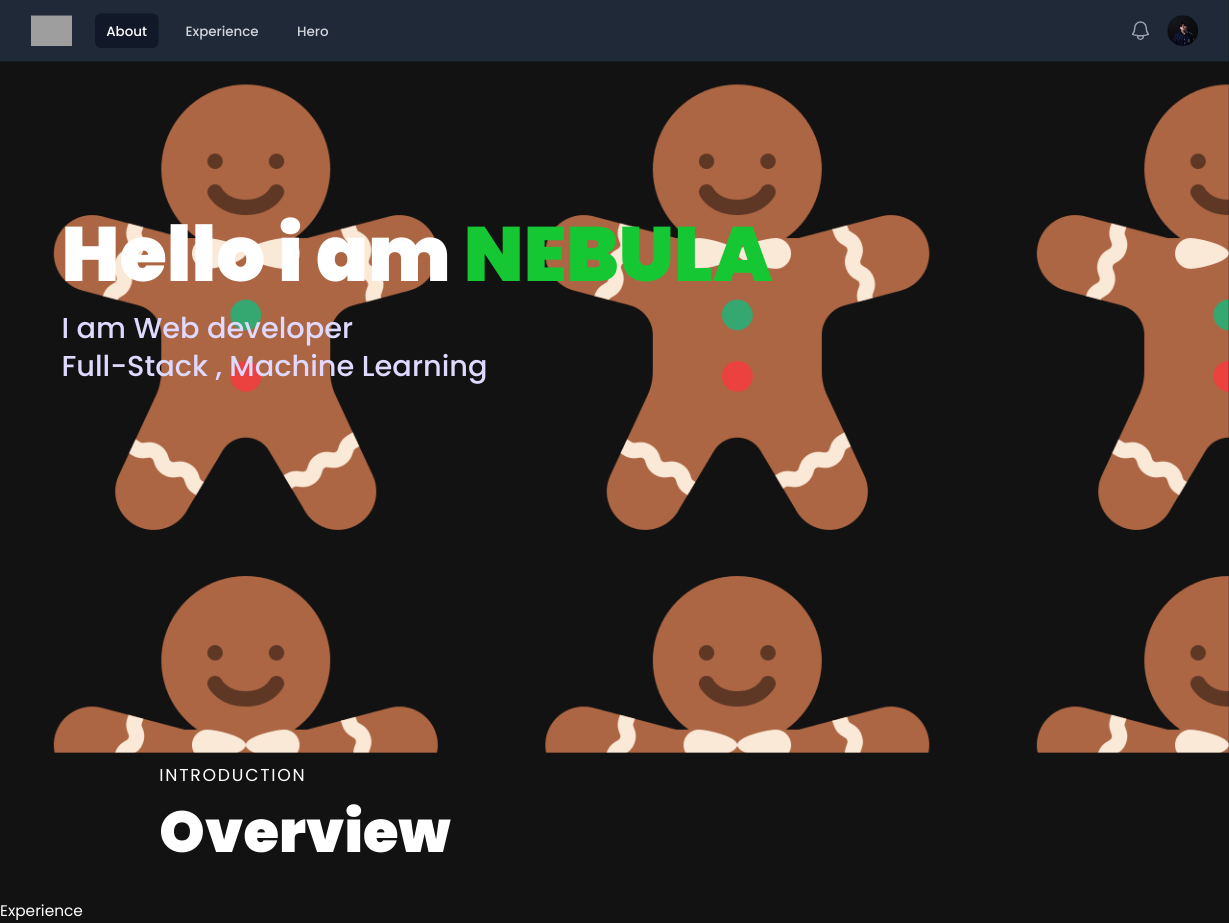
Repository: supakorn5039-boon/React-f
Page: /
The author's editor kept a copy of each file at every save. The page is drawn from the files as they stood at one save, then again after the next save.
The browser window is 1280 px wide. The pictures show the whole page, at 96% of full size.
Pictures or frames that could not be fetched are drawn as grey boxes. The project was rebuilt for these pictures with package versions that can differ from the ones it lists, and the page was loaded fresh each time. Also part of the build but not shown: vite.config.js.

Above is the page before, as saved 2024-01-09 21:44:56.

### src/App.jsx
import Hero from "./components/Hero";
import About from "./components/About";
import Experience from "./components/Experience";
import Navbar from "./components/Navbar";

export default function App() {
  return (
    <div>
      <Navbar />
      <Hero />
      <About />
      <Experience />
    </div>
  );
}

### src/index.css
@import url("https://fonts.googleapis.com/css2?family=Poppins:wght@100;200;300;400;500;600;700;800;900&display=swap");

@tailwind base;
@tailwind components;
@tailwind utilities;

* {
  margin: 0;
  padding: 0;
  box-sizing: border-box;
  font-family: "Poppins", sans-serif;
  scroll-behavior: smooth;
  color-scheme: dark;
}
.bg-boon {
  background-image: url("./assets/gingerbread-man.png");
}
.section {
  position: absolute;
  inset: 0;
  top: 120px;
  max-width: 7xl;
  margin: 0 auto;
  padding-left: 6rem;
  padding-right: 6rem;
  display: flex;
  flex-direction: row;
  align-items: flex-start;
  gap: 1.25rem; /* This corresponds to 5 units in "rem" */
}
.heroHeadText {
  font-weight: 900;
  color: white;
  font-size: 80px;
  line-height: 98px;
  margin-top: 2rem;
}

@media (max-width: 1023px) {
  .heroHeadText {
    font-size: 60px;
  }
}

@media (max-width: 767px) {
  .heroHeadText {
    font-size: 50px;
  }
}

@media (max-width: 575px) {
  .heroHeadText {
    font-size: 40px;
  }
}

.heroSubText {
  font-weight: 500;
  color: #dfd9ff;
  font-size: 30px;
  line-height: 40px;
}

@media (max-width: 1023px) {
  .heroSubText {
    font-size: 26px;
  }
}

@media (max-width: 767px) {
  .heroSubText {
    font-size: 20px;
  }
}

@media (max-width: 575px) {
  .heroSubText {
    font-size: 16px;
  }
}

.sectionHeadText {
  color: white;
  font-weight: 900;
  font-size: 60px;
}

@media (max-width: 767px) {
  .sectionHeadText {
    font-size: 50px;
  }
}

@media (max-width: 575px) {
  .sectionHeadText {
    font-size: 40px;
  }
}

.sectionSubText {
  font-size: 18px;
  text-transform: uppercase;
  letter-spacing: 0.1em;
  color: var(--text-secondary);
}

@media (max-width: 767px) {
  .sectionSubText {
    font-size: 18px;
  }
}

.about-head {
  padding: 10px 6px; /* Default padding values */
  max-width: calc(100% - 20rem); /* Adjust the value according to your needs */
  margin: 0 auto;
  position: relative;
  z-index: 0;
}

@media (min-width: 640px) {
  .myElement {
    padding: 16px 6px; /* Updated padding for sm screen size */
  }
}

.about-text {
  margin-top: 1rem; /* Equivalent to mt-4 */
  color: white; /* Assuming --text-secondary is defined */
  font-size: 17px;
  max-width: 48rem; /* Equivalent to max-w-3xl */
  line-height: 1.875rem; /* Equivalent to leading-[30px] */
}

### src/components/Hero.jsx
export default function Hero() {
  return (
    <section className="relative w-full h-screen mx-auto bg-boon">
      <div className="absolute inset-0 top-[120px] mx-w-7xl mx-auto sm:px-16 px-6 flex flex-auto">
        <div>
          <h1 className="heroHeadText">
            Hello i am <span className="text-[#16c734]">NEBULA</span>
          </h1>
          <p className="heroSubText mt-2 text-white-100">
            I am Web developer <br />
            Full-Stack , Machine Learning
          </p>
        </div>
      </div>
    </section>
  );
}

### src/components/About.jsx


const About = () => {
  return (
    <div className="about-head">
      <div className="sectionSubText">Introduction</div>
      <h2 className="sectionHeadText">Overview</h2>
      <div className="about-text"></div>

    </div>
  );
};

export default About;

### src/components/Navbar.jsx
import { Fragment } from "react";
import { Disclosure, Menu, Transition } from "@headlessui/react";
import { Bars3Icon, BellIcon, XMarkIcon } from "@heroicons/react/24/outline";
import boon from "../assets/Photo.jpg";
const navigation = [
  { name: "About", href: "#about", current: true },
  { name: "Experience", href: "#experience", current: false },
  { name: "Hero", href: "#hero", current: false },
];

function classNames(...classes) {
  return classes.filter(Boolean).join(" ");
}

export default function Navbar() {
  return (
    <Disclosure as="nav" className="bg-gray-800">
      {({ open }) => (
        <>
          <div className="mx-auto max-w-7xl px-2 sm:px-6 lg:px-8">
            <div className="relative flex h-16 items-center justify-between">
              <div className="absolute inset-y-0 left-0 flex items-center sm:hidden">
                {/* Mobile menu button*/}
                <Disclosure.Button className="relative inline-flex items-center justify-center rounded-md p-2 text-gray-400 hover:bg-gray-700 hover:text-white focus:outline-none focus:ring-2 focus:ring-inset focus:ring-white">
                  <span className="absolute -inset-0.5" />
                  <span className="sr-only">Open main menu</span>
                  {open ? (
                    <XMarkIcon className="block h-6 w-6" aria-hidden="true" />
                  ) : (
                    <Bars3Icon className="block h-6 w-6" aria-hidden="true" />
                  )}
                </Disclosure.Button>
              </div>
              <div className="flex flex-1 items-center justify-center sm:items-stretch sm:justify-start">
                <div className="flex flex-shrink-0 items-center">
                  <img
                    className="h-8 w-auto"
                    src="https://tailwindui.com/img/logos/mark.svg?color=indigo&shade=500"
                    alt="Your Company"
                  />
                </div>
                <div className="hidden sm:ml-6 sm:block">
                  <div className="flex space-x-4">
                    {navigation.map((item) => (
                      <a
                        key={item.name}
                        href={item.href}
                        className={classNames(
                          item.current
                            ? "bg-gray-900 text-white"
                            : "text-gray-300 hover:bg-gray-700 hover:text-white",
                          "rounded-md px-3 py-2 text-sm font-medium"
                        )}
                        aria-current={item.current ? "page" : undefined}
                      >
                        {item.name}
                      </a>
                    ))}
                  </div>
                </div>
              </div>
              <div className="absolute inset-y-0 right-0 flex items-center pr-2 sm:static sm:inset-auto sm:ml-6 sm:pr-0">
                <button
                  type="button"
                  className="relative rounded-full bg-gray-800 p-1 text-gray-400 hover:text-white focus:outline-none focus:ring-2 focus:ring-white focus:ring-offset-2 focus:ring-offset-gray-800"
                >
                  <span className="absolute -inset-1.5" />
                  <span className="sr-only">View notifications</span>
                  <BellIcon className="h-6 w-6" aria-hidden="true" />
                </button>

                {/* Profile dropdown */}
                <Menu as="div" className="relative ml-3">
                  <div>
                    <Menu.Button className="relative flex rounded-full bg-gray-800 text-sm focus:outline-none focus:ring-2 focus:ring-white focus:ring-offset-2 focus:ring-offset-gray-800">
                      <span className="absolute -inset-1.5" />
                      <span className="sr-only">Open user menu</span>
                      <img className="h-8 w-8 rounded-full" src={boon} alt="" />
                    </Menu.Button>
                  </div>
                  <Transition
                    as={Fragment}
                    enter="transition ease-out duration-100"
                    enterFrom="transform opacity-0 scale-95"
                    enterTo="transform opacity-100 scale-100"
                    leave="transition ease-in duration-75"
                    leaveFrom="transform opacity-100 scale-100"
                    leaveTo="transform opacity-0 scale-95"
                  >
                    <Menu.Items className="absolute right-0 z-10 mt-2 w-48 origin-top-right rounded-md bg-white py-1 shadow-lg ring-1 ring-black ring-opacity-5 focus:outline-none">
                      <Menu.Item>
                        {({ active }) => (
                          <a
                            href="#"
                            className={classNames(
                              active ? "bg-gray-100" : "",
                              "block px-4 py-2 text-sm text-gray-700"
                            )}
                          >
                            Your Profile
                          </a>
                        )}
                      </Menu.Item>
                      <Menu.Item>
                        {({ active }) => (
                          <a
                            href="#"
                            className={classNames(
                              active ? "bg-gray-100" : "",
                              "block px-4 py-2 text-sm text-gray-700"
                            )}
                          >
                            Settings
                          </a>
                        )}
                      </Menu.Item>
                      <Menu.Item>
                        {({ active }) => (
                          <a
                            href="#"
                            className={classNames(
                              active ? "bg-gray-100" : "",
                              "block px-4 py-2 text-sm text-gray-700"
                            )}
                          >
                            Sign out
                          </a>
                        )}
                      </Menu.Item>
                    </Menu.Items>
                  </Transition>
                </Menu>
              </div>
            </div>
          </div>

          <Disclosure.Panel className="sm:hidden">
            <div className="space-y-1 px-2 pb-3 pt-2">
              {navigation.map((item) => (
                <Disclosure.Button
                  key={item.name}
                  as="a"
                  href={item.href}
                  className={classNames(
                    item.current
                      ? "bg-gray-900 text-white"
                      : "text-gray-300 hover:bg-gray-700 hover:text-white",
                    "block rounded-md px-3 py-2 text-base font-medium"
                  )}
                  aria-current={item.current ? "page" : undefined}
                >
                  {item.name}
                </Disclosure.Button>
              ))}
            </div>
          </Disclosure.Panel>
        </>
      )}
    </Disclosure>
  );
}

Loaded but not shown: index.html (common file); src/main.jsx (common file); src/components/Experience.jsx (common file); tailwind.config.js (common file)

After the next save:
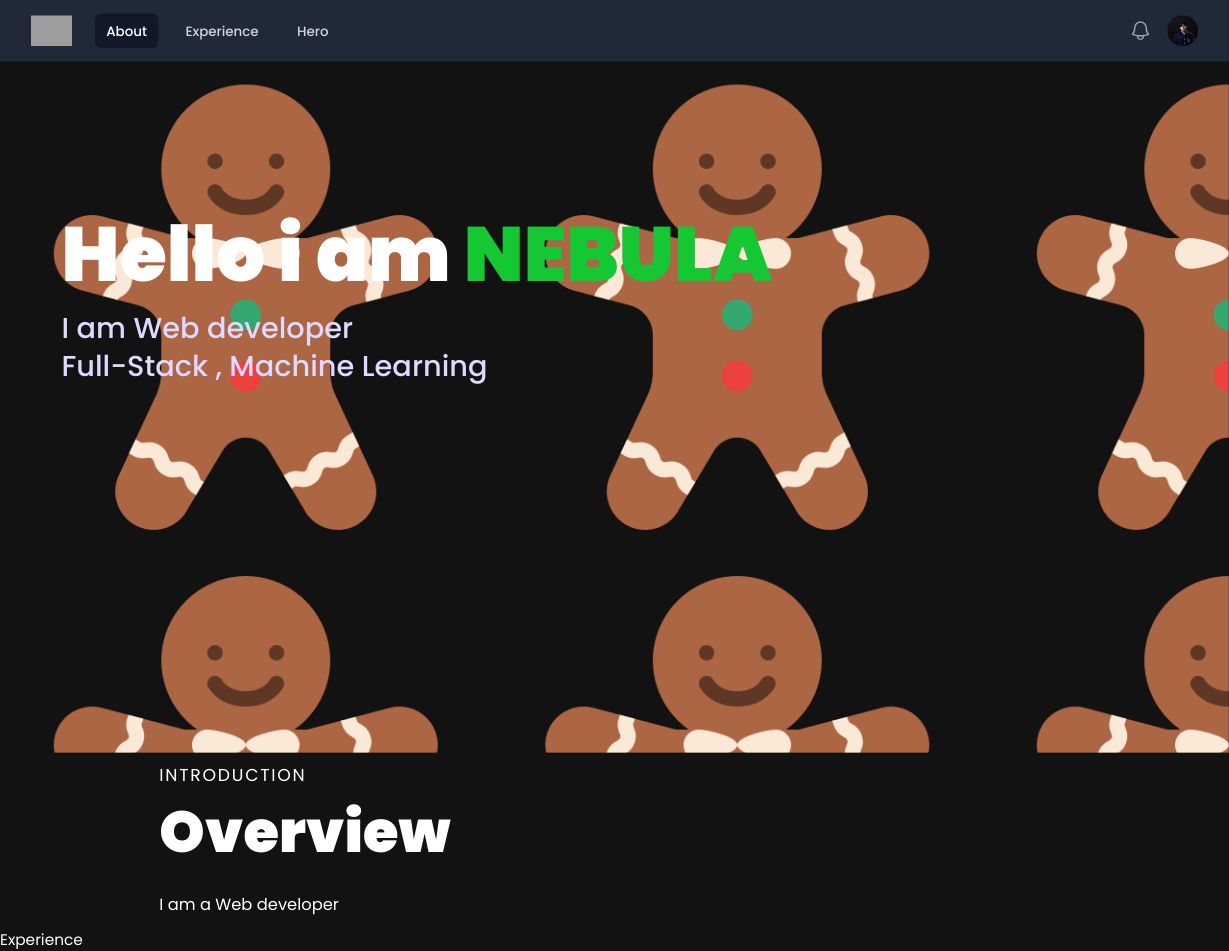
Saved 15 s later.
--- a/src/components/About.jsx
+++ b/src/components/About.jsx
@@ -5,7 +5,7 @@
     <div className="about-head">
       <div className="sectionSubText">Introduction</div>
       <h2 className="sectionHeadText">Overview</h2>
-      <div className="about-text"></div>
+      <div className="about-text">I am a Web developer</div>
 
     </div>
   );
